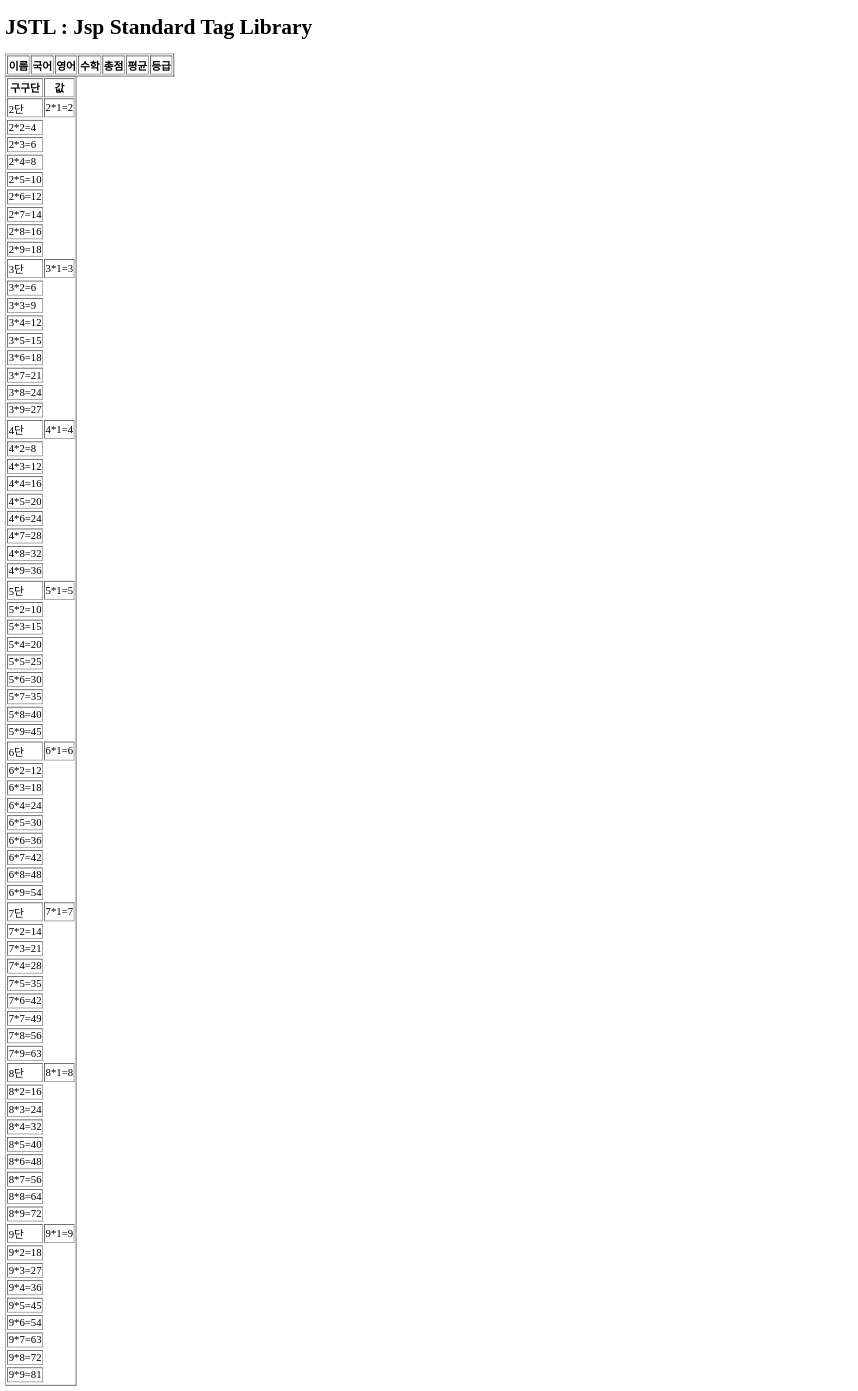
Repository: charamee/Web_kh
Page: http://localhost/Jsp07_EL_JSTL/jstltest.jsp
These files come from the project's save history. The page is drawn as it stood at one moment and after the next save; the edit follows.
The browser window is 1280 px wide. The pictures show the whole page, at 67% of full size.
The page is served by Tomcat 9. Other server files are loaded and not shown. The template is opened directly, without the code that normally fills it, so the values that code supplies are empty.

Above is the page before, as saved 2021-02-24 15:37:52.

### Workspace_WEB/Jsp07_EL_JSTL/WebContent/jstltest.jsp
<%@ page language="java" contentType="text/html; charset=UTF-8"
    pageEncoding="UTF-8"%>

<!-- corelibrary를 사용하고 있다.  -->
<%@ taglib prefix="c" uri="http://java.sun.com/jsp/jstl/core" %>
<% request.setCharacterEncoding("UTF-8"); %>
<% response.setContentType("text/html; charset=UTF-8"); %>
<!DOCTYPE html>
<html>
<head>
<meta charset="UTF-8">
<title>Insert title here</title>
</head>
<body>

	<h1>JSTL : Jsp Standard Tag Library</h1>

	<table border="1">

		<tr>
			<th>이름</th>
			<th>국어</th>
			<th>영어</th>
			<th>수학</th>
			<th>총점</th>
			<th>평균</th>
			<th>등급</th>

		</tr>
		<!-- eq: == , ne : != , empty : null -->
		<c:forEach items = "${list }" var="score">
		<!-- items : 객체 var: 변수 -->
			<tr>
				<td>
					<c:if test="${score.name eq '이름10' }">
					 <c:out value="홍길동"></c:out>
					 <!-- print와 같은역할..? 여기서는밑에서 other에 20,30 이외에 누구지? 가 추가로 나온다 -->
					</c:if>

					<!-- when, otherwise를 감싸고있는 태그  -->
					<!-- eq : == -->
					<c:choose>
						<c:when test="${score.name eq '이름20' }">

							<c:out value="${score.name }님!"></c:out>

						</c:when>
						<c:when test="${score.name eq '이름30' }">
							<c:out value="${score.name }"></c:out>
						</c:when>
						<c:otherwise>
							<c:out value="누구지???"></c:out>
						</c:otherwise>


					</c:choose>



				</td>
				<td>${score.kor }</td>
				<td>${score.eng }</td>
				<td>${score.math }</td>
				<td>${score.sum }</td>
				<td>${score.avg }</td>

				<td>
					<c:choose>
						<c:when test="${score.grade eq 'A' || score.grade eq 'B'}">
							<c:out value="PASS"></c:out>

						</c:when>
						<c:otherwise>
							<c:out value="FAIL"></c:out>
						</c:otherwise>

					</c:choose>
				</td>



			</tr>


			</c:forEach>




	</table>
	<table border="1">
	    <tr>
		 	<th>구구단</th>
		 	<th colspan="8">값</th>
		 </tr>

	<c:forEach var="i" begin="2" end="9" step="1">
		<tr><td>${i}단</td>

		<c:forEach var="j" begin="1" end ="9" step="1">



		 	<td>${i}*${j}=${i*j }</td>
		 </tr>

		 <tr>

		 </tr>
		</c:forEach>

	</c:forEach>

	</table>
</body>
</html>

After the next save:
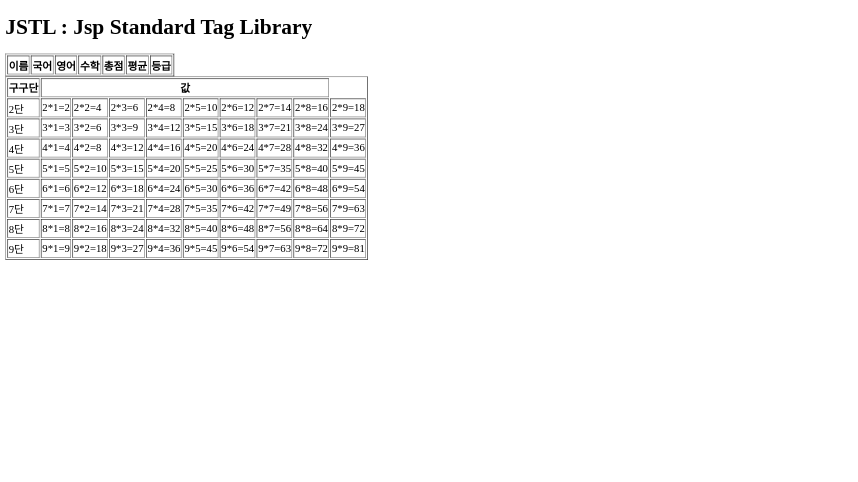
Saved 88 s later.
--- a/Workspace_WEB/Jsp07_EL_JSTL/WebContent/jstltest.jsp
+++ b/Workspace_WEB/Jsp07_EL_JSTL/WebContent/jstltest.jsp
@@ -99,16 +99,12 @@
 
 		<c:forEach var="j" begin="1" end ="9" step="1">
 
+		 	<td>${i}*${j}=${i*j }</td>
 
 
-		 	<td>${i}*${j}=${i*j }</td>
+
+		</c:forEach>
 		 </tr>
-
-		 <tr>
-
-		 </tr>
-		</c:forEach>
-
 	</c:forEach>
 
 	</table>
